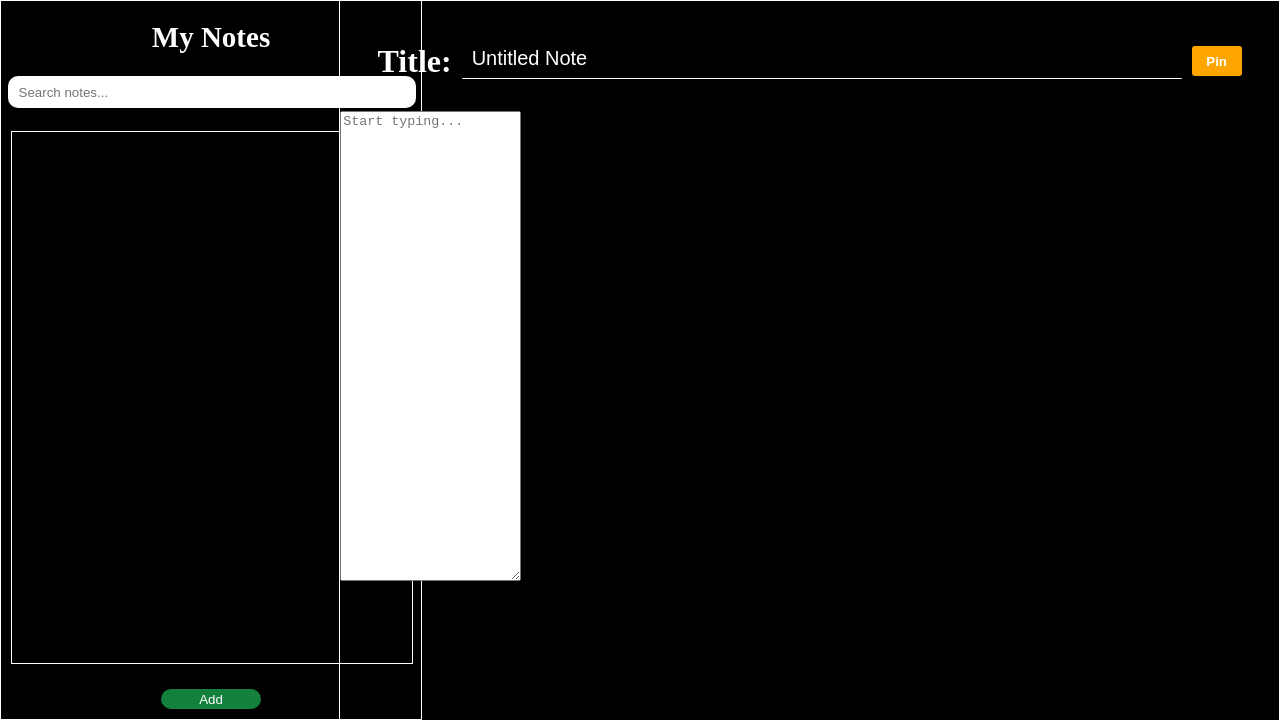
Repository: dmpelaez/myNotes
Page: QuickNotes.html
The author's editor kept a copy of each file at every save. The page is drawn from the files as they stood at one save, then again after the next save.
The browser window is 1280 px wide. The pictures show the whole page.

Above is the page before, as saved 2025-12-18 21:20:39.

### QuickNotes.html
<!DOCTYPE html>

  <html>

    <head>

      <title>Quick Notes</title>

      <!--CSS LINK-->
      <link rel="stylesheet" href="QuickNotes.css">
    </head>
    <body>

      <!--Note section-->
      <aside class="aside-section">

        <!--My notes part-->
        <div class="myNotes">
          <p class="my-notes-text">My Notes</p>
        </div>
        <!--Search notes-->
        <div class="input-box">
          <input class="input" placeholder="Search notes...">
        </div>
        <!--Notes-->
        <div class="note-list"></div>
        <!--add button-->
        <button class="add-button">Add</button>

      </aside>

      <!---Typing section-->
      <main class="main-section">

        <!--Header-->
        <div class="header-section">
          <h1>Title:</h1>
          <input class="title-notes" placeholder="Untitled Note">
          <button class="pin-btn">Pin</button>
        </div>

        <!--text area-->
        <div class="texting-area">

          <textarea class="textarea" placeholder="Start typing..."></textarea>

        </div>

      </main>


    </body>

  </html>

### QuickNotes.css
body {
  margin: 0;
  padding: 0;
  background: black;
  box-sizing: border-box;
}
* {
  color: rgb(255, 255, 255);
}
.aside-section {
  border: 1px solid white;
  display: grid;
  width: 400px;
  position: fixed;
  bottom: 0;
  top: 0;
  grid-template-rows: 40px 30px 1fr 20px;
  padding: 10px;
  gap: 25px;

}

.my-notes-text {
  display: flex;
  margin: 0px;
  justify-self: center;
  align-self: center;
  margin-top: 10px;
}
.note-list {
  border: 1px solid white;
  width: 100%;
}

.my-notes-text {
  font-weight: bold;
  font-size: 29px;
}

.input {
  color: black;
  display: flex;
  align-self: center;
  justify-self: center;
  Width: 99%;
  height: 100%;
  border-radius: 10px;
  border: none;
  outline: none;
  padding-left: 10px;
  margin-left: 1px;
}
.input::placeholder {
  padding-left: 1px;

}

.add-button {
  width: 100px;
  display: flex;
  justify-self: center;
  background: rgb(19, 128, 61);
  border: none;
  border-radius: 10px;
  color: white;
  font-family: arial;
  align-items: center;
  justify-content: center;
  cursor: pointer;
}

.note-list {
  display: grid;
}

.main-section {
  position: fixed;
  left: 26.5%;
  border: 1px solid white;
  right: 0px;
  height: 100%;
  display: grid;
  grid-template-rows: 70px 1fr 100px;
  gap: 40px;
}

.header-section {
  display: flex;
  justify-self: center;
  align-self: center;
  gap: 10px;
  margin-top: 50px;
  align-items: center;
}
.title-notes {
  width: 700px;
  padding: 10px;
  border-radius: 1px;
  background: none;
  border: none;
  border-bottom: 1px solid white;
  outline: none;

}

.title-notes::placeholder {
  color: white;
  font-family: arial;
  font-size: 20px;

}

.pin-btn {
  background: orange;
  border: none;
  border-radius: 3px;
  font-family: arial;
  font-weight: bold;
  width: 50px;
  height: 30px
}

.texting-area {
  display: flex;
}

After the next save:
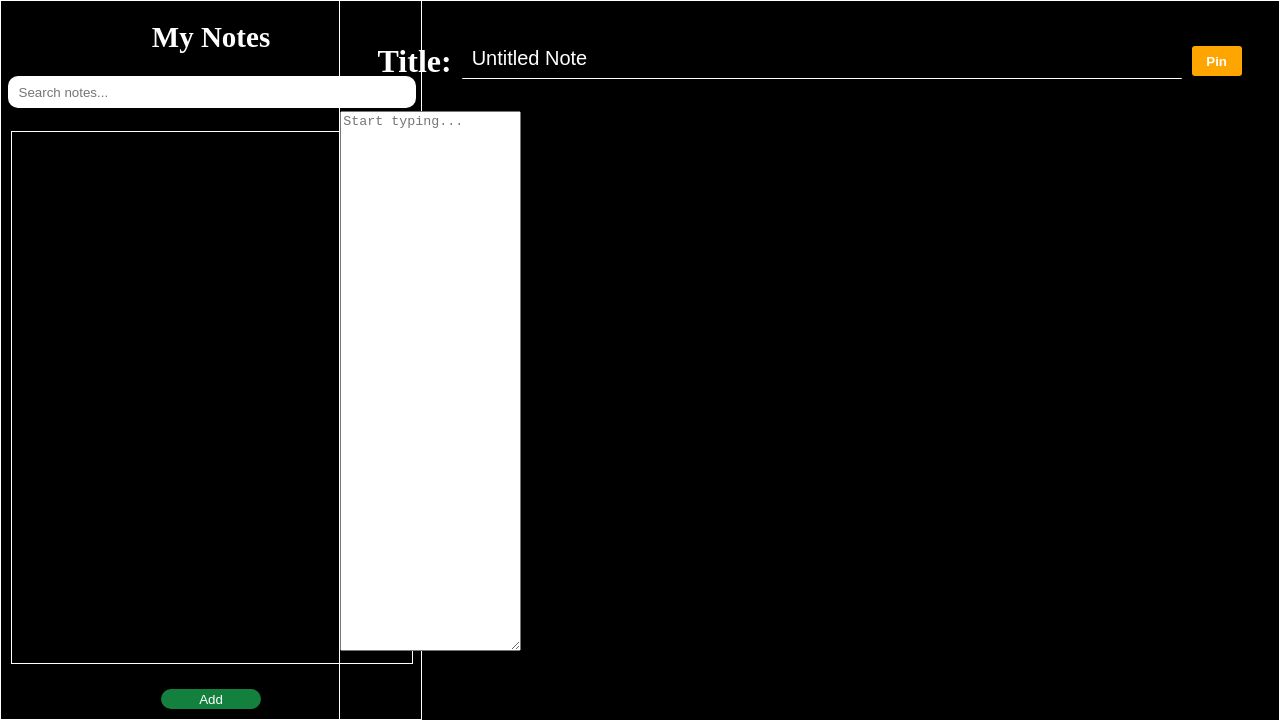
Saved 17 s later.
--- a/QuickNotes.css
+++ b/QuickNotes.css
@@ -80,7 +80,7 @@ body {
   right: 0px;
   height: 100%;
   display: grid;
-  grid-template-rows: 70px 1fr 100px;
+  grid-template-rows: 70px 1fr 30px;
   gap: 40px;
 }
 
